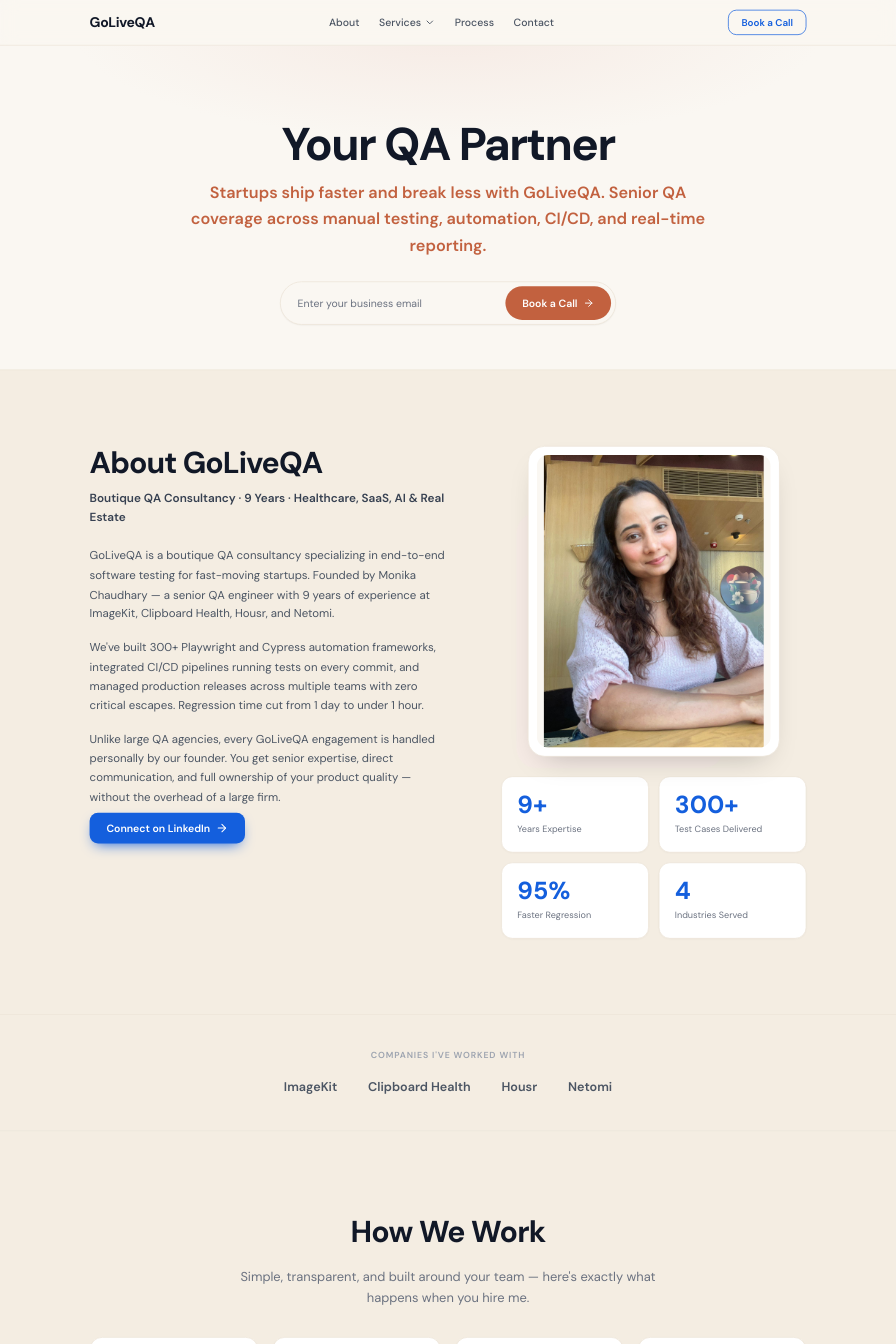
Repository: Monika281992/GoLiveQA
Page: /
The author's editor kept a copy of each file at every save. The page is drawn from the files as they stood at one save, then again after the next save.
The browser window is 1280 px wide. The pictures show the part of the page from y = 0 to 1920 px (the page is 4003 px tall before and 4011 px after), at 70% of full size.
The project was rebuilt for these pictures with package versions that can differ from the ones it lists, and the page was loaded fresh each time. The framework's server and built-in components were replaced by stand-ins that run in the browser. Also part of the build but not shown: next.config.mjs.

Above is the page before, as saved 2026-06-27 12:25:17.

After the next save:
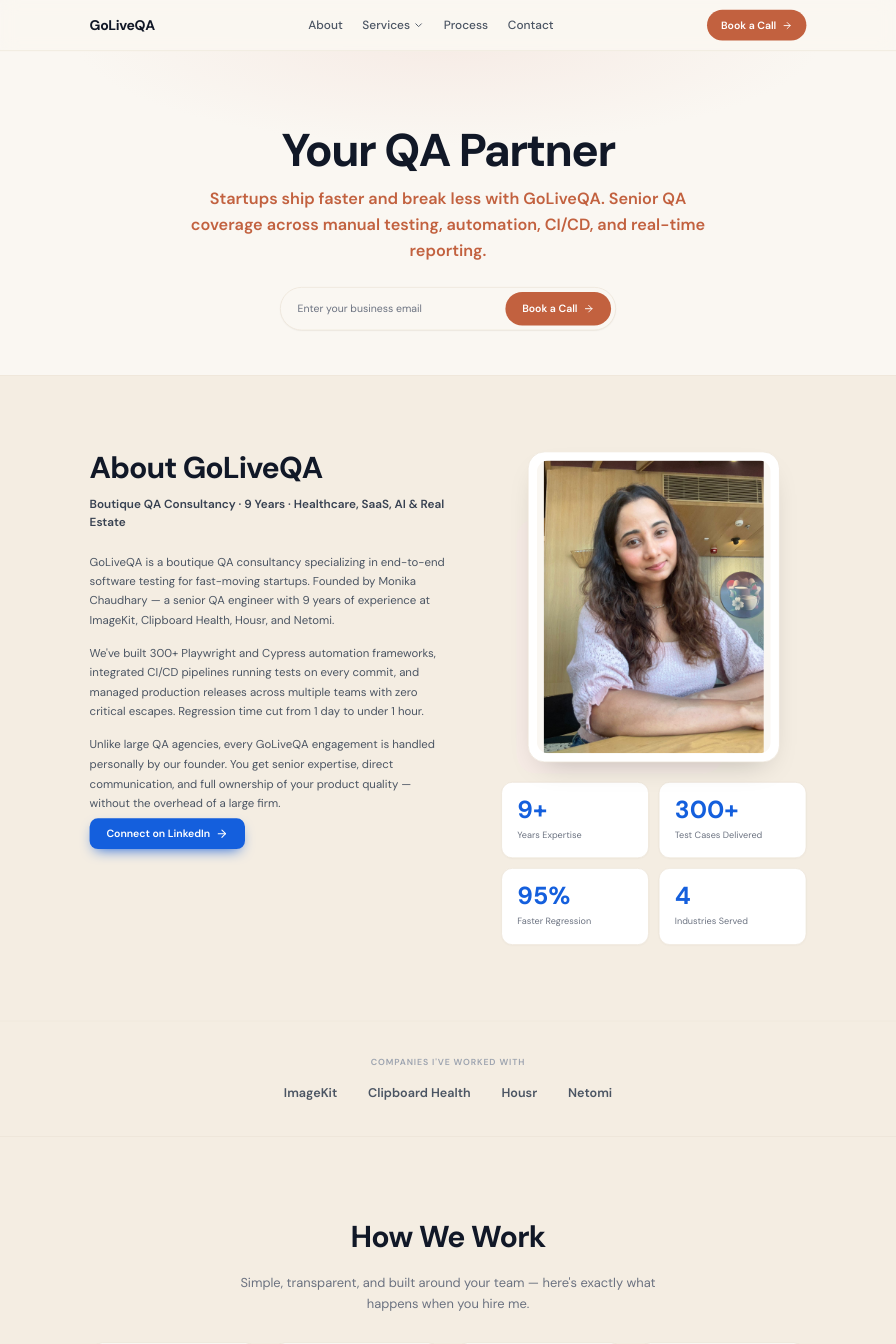
Saved 109 s later.
--- a/components/navbar.tsx
+++ b/components/navbar.tsx
@@ -60,13 +60,13 @@
 
         {/* Desktop links */}
         <div className="hidden items-center gap-7 md:flex">
-          <a href="#about" className="text-[15px] font-medium text-body transition-colors hover:text-ink">
+          <a href="#about" className="text-[17px] font-medium text-body transition-colors hover:text-ink">
             About
           </a>
 
           {/* Services mega-menu dropdown */}
           <div className="relative" onMouseEnter={handleMouseEnter} onMouseLeave={handleMouseLeave}>
-            <button className="flex items-center gap-1 text-[15px] font-medium text-body transition-colors hover:text-ink">
+            <button className="flex items-center gap-1 text-[17px] font-medium text-body transition-colors hover:text-ink">
               Services
               <ChevronDown className={`h-4 w-4 transition-transform duration-200 ${dropdownOpen ? "rotate-180" : ""}`} />
             </button>
@@ -152,14 +152,15 @@
             )}
           </div>
 
-          <a href="#process" className="text-[15px] font-medium text-body transition-colors hover:text-ink">Process</a>
-          <a href="#contact" className="text-[15px] font-medium text-body transition-colors hover:text-ink">Contact</a>
+          <a href="#process" className="text-[17px] font-medium text-body transition-colors hover:text-ink">Process</a>
+          <a href="#contact" className="text-[17px] font-medium text-body transition-colors hover:text-ink">Contact</a>
         </div>
 
         <div className="flex items-center gap-3">
-          <Button asChild variant="outline" size="sm" className="hidden md:inline-flex">
-            <a href="/book-a-call">Book a Call</a>
-          </Button>
+          <a href="/book-a-call" className="hidden items-center gap-2 rounded-full bg-accent px-5 py-2.5 text-[15px] font-semibold text-white md:flex">
+            Book a Call
+            <ArrowRight className="h-[15px] w-[15px]" />
+          </a>
           {/* Mobile hamburger */}
           <button
             className="flex h-8 w-8 flex-col items-center justify-center gap-1.5 md:hidden"

After the 2 saves that followed:
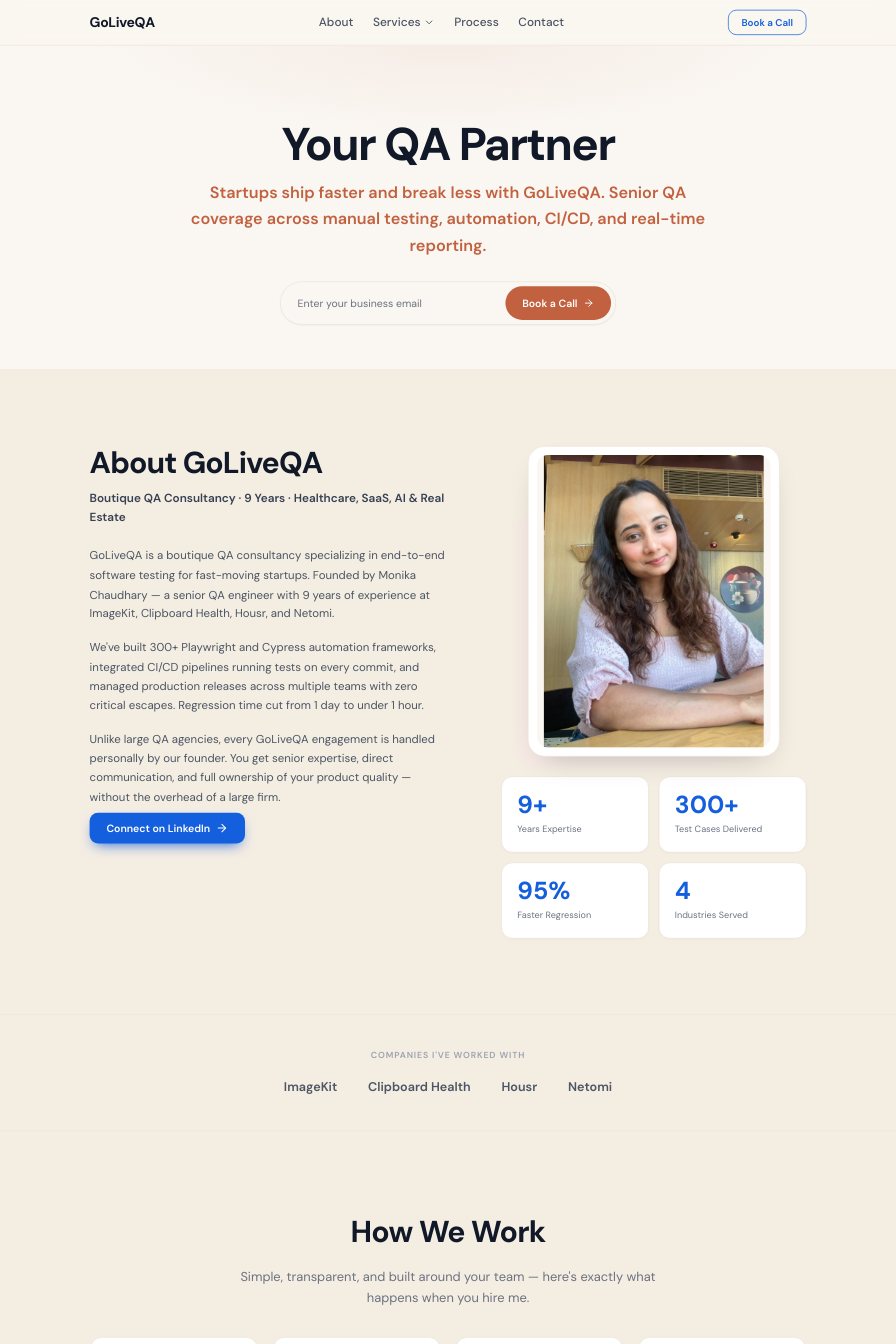
The 2 saves are shown as one change because 1 left the picture as it was.
The last was saved 54 s later.
--- a/components/navbar.tsx
+++ b/components/navbar.tsx
@@ -157,10 +157,9 @@
         </div>
 
         <div className="flex items-center gap-3">
-          <a href="/book-a-call" className="hidden items-center gap-2 rounded-full bg-accent px-5 py-2.5 text-[15px] font-semibold text-white md:flex">
-            Book a Call
-            <ArrowRight className="h-[15px] w-[15px]" />
-          </a>
+          <Button asChild variant="outline" size="sm" className="hidden md:inline-flex">
+            <a href="/book-a-call">Book a Call</a>
+          </Button>
           {/* Mobile hamburger */}
           <button
             className="flex h-8 w-8 flex-col items-center justify-center gap-1.5 md:hidden"
